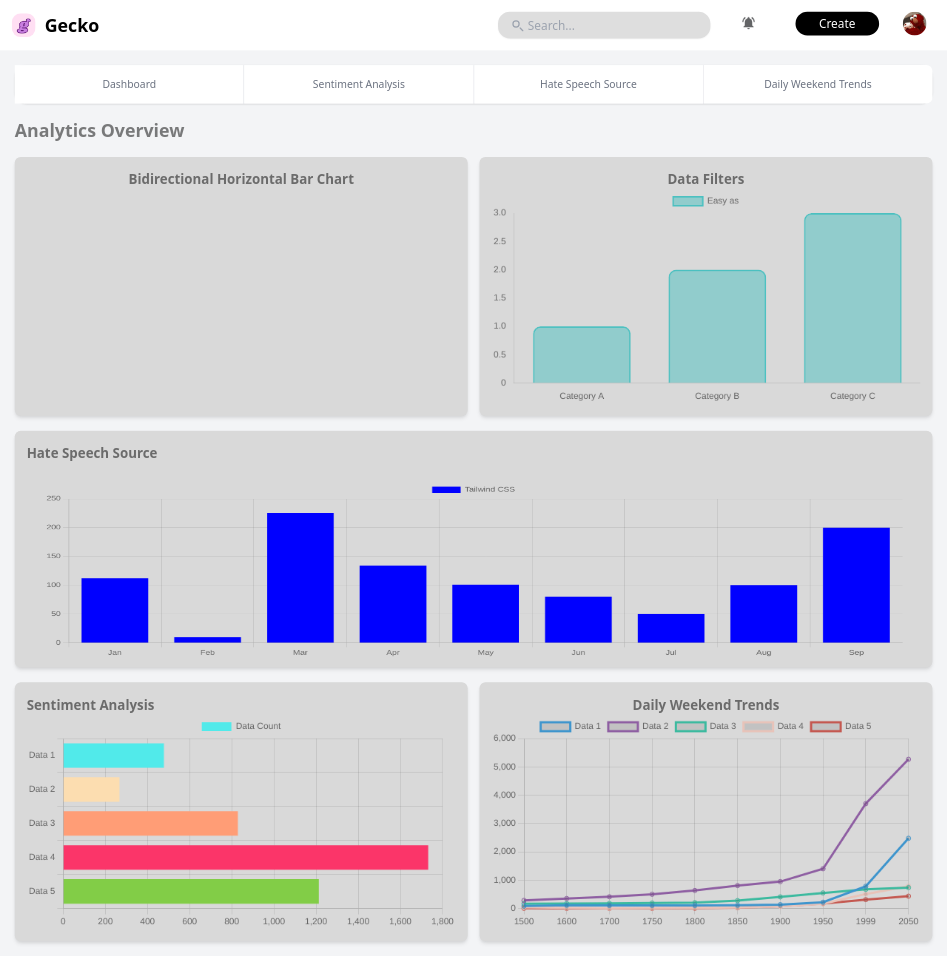
Repository: theamgri/thesis-website-nextjs
Page: website.html
These files come from the project's save history. The page is drawn as it stood at one moment and after the next save; the edit follows.
The browser window is 1280 px wide. The pictures show the whole page, at 74% of full size.

Above is the page before, as saved 2023-10-06 20:23:51.
Console error (its wording comes from the project's code and is left out).

After the next save:
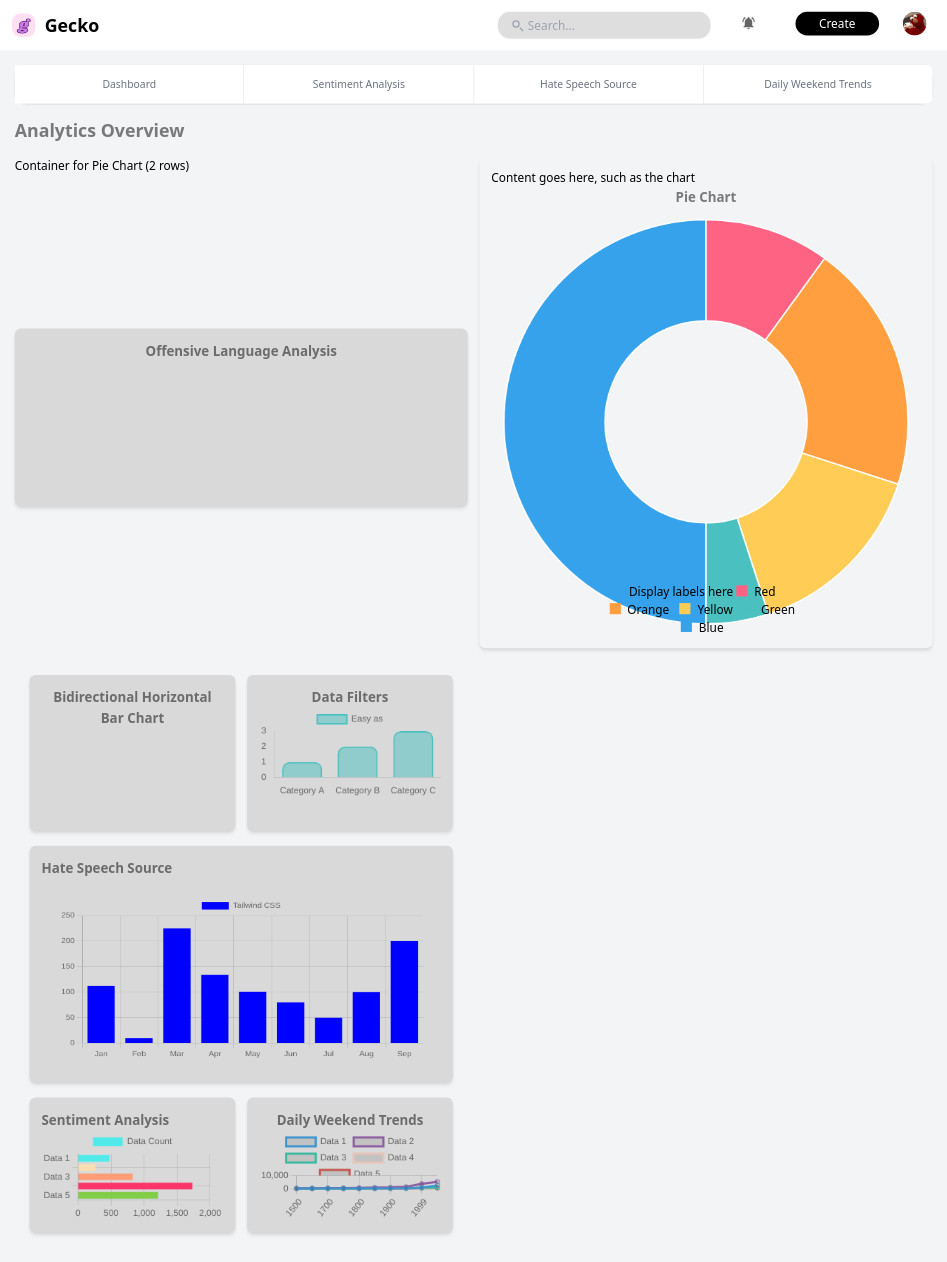
Saved 5 min 6 s later.
--- a/website.html
+++ b/website.html
@@ -114,7 +114,7 @@
   </div>
 
 <!-- ... (previous code) ... -->
-<!--
+
 <div class="m-5 grid grid-cols-1 md:grid-cols-2 lg:grid-cols-2 xl:grid-cols-2 gap-4">
   Container for Pie Chart (2 rows)
   <div class="bg-white p-4 rounded-lg shadow-md" style="background-color: transparent; grid-row: span 2; overflow: visible;">
@@ -145,9 +145,10 @@
                   <span>Blue</span>
               </div>
           </div>
-      </div> -->
-      <!-- Optionally, you can add a label or title for the container -->
-      <!-- <script>
+      </div>
+
+       <!-- Optionally, you can add a label or title for the container -->
+      <script>
         // Ensure that the DOM is fully loaded before initializing the chart
         document.addEventListener("DOMContentLoaded", function() {
             const donutData = {
@@ -187,11 +188,12 @@
                 donutData
             );
         });
-    </script> -->
-  <!-- </div> -->
-
-  <!-- Container 1 -->
-  <!-- <div class="bg-white p-4 rounded-lg shadow-md" style="background-color: #D9D9D9; height: 15rem;">
+    </script>
+   </div>
+
+   <!-- Container 1 -->
+
+   <div class="bg-white p-4 rounded-lg shadow-md" style="background-color: #D9D9D9; height: 15rem;">
     <h2 class="text-lg text-center opacity-50 font-semibold">Offensive Language Analysis</h2>
     <canvas id="bar-chart-horizontal" width="800" height="450"></canvas>
 
@@ -218,7 +220,7 @@
 </div>
 
 
-  Container 2 -->
+  <!-- Container 2  -->
   <!-- <div class="bg-white p-4 rounded-lg shadow-md" style="background-color: #D9D9D9; height: 15rem;">
       <h2 class="text-lg text-center opacity-50 font-semibold">Data Filters</h2>
       <p>Lorem ipsum dolor sit amet, consectetur adipiscing elisst.</p>

After the save that followed:
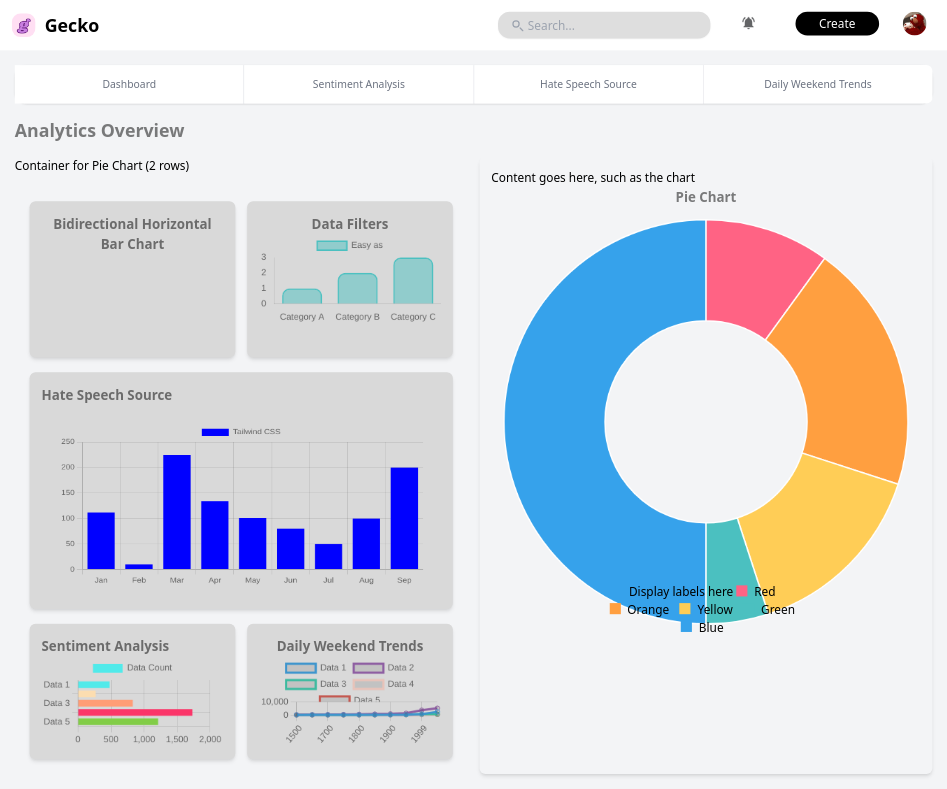
Saved 19 s later.
--- a/website.html
+++ b/website.html
@@ -191,45 +191,6 @@
     </script>
    </div>
 
-   <!-- Container 1 -->
-
-   <div class="bg-white p-4 rounded-lg shadow-md" style="background-color: #D9D9D9; height: 15rem;">
-    <h2 class="text-lg text-center opacity-50 font-semibold">Offensive Language Analysis</h2>
-    <canvas id="bar-chart-horizontal" width="800" height="450"></canvas>
-
-    <script src="https://cdn.jsdelivr.net/npm/chart.js"></script>
-
-    <script>
-        document.addEventListener("DOMContentLoaded", function() {
-            const ctx = document.getElementById('bar-chart-horizontal').getContext('2d');
-            const chart = new Chart(ctx, {
-                type: 'horizontalBar',
-                data: {
-                    labels: ['A', 'B', 'C'],
-                    datasets: [{
-                        label: 'Easy as',
-                        data: [1, 2, 3],
-                    }],
-                },
-                options: {
-                    responsive: true
-                }
-            });
-        });
-    </script>
-</div>
-
-
-  <!-- Container 2  -->
-  <!-- <div class="bg-white p-4 rounded-lg shadow-md" style="background-color: #D9D9D9; height: 15rem;">
-      <h2 class="text-lg text-center opacity-50 font-semibold">Data Filters</h2>
-      <p>Lorem ipsum dolor sit amet, consectetur adipiscing elisst.</p>
-  </div> -->
-<!-- </div> -->
-
-
-
-
 
   <div class="container mx-auto mt-0">
 
